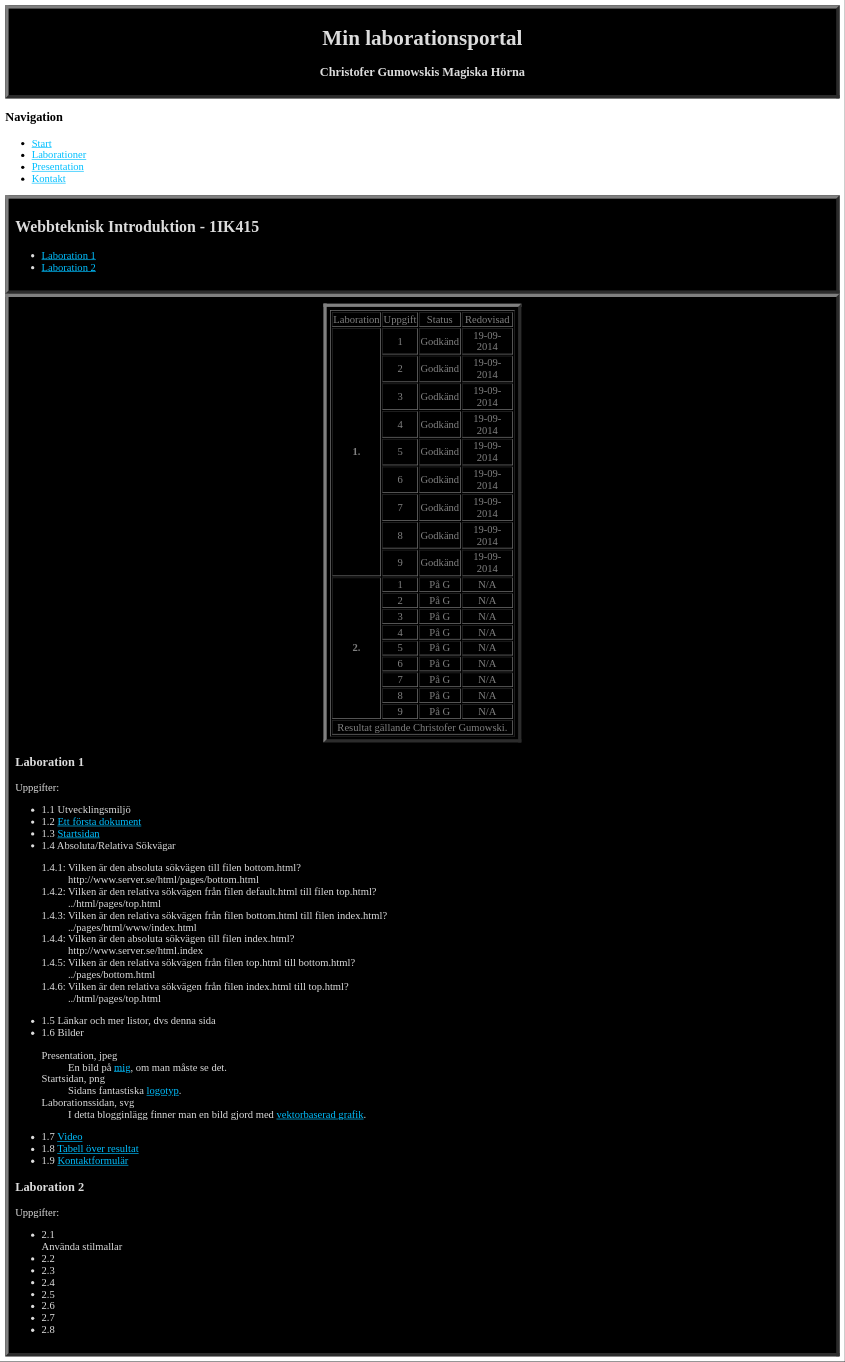
Repository: cg222im/1IK415_cg222im
Page: pages/laborationer.html
The author's editor kept a record of every edit. The page is drawn from the files as they stood at one moment, then again after the next edit.
The browser window is 1280 px wide. The pictures show the whole page, at 66% of full size.

Above is the page before.

### pages/laborationer.html
<!doctype html>
<html lang="sv">
    <head>
        <meta charset="UTF-8" />
        <title>laborationer</title>
        <link rel="stylesheet" href="../css/style.css" />
    </head>

    <body>

    <div id="header">
        <h1>Min laborationsportal</h1>
        <h3>Christofer Gumowskis Magiska Hörna</h3>
    </div>


    <div id="nav">
            <h3>Navigation</h3>
            <ul>
                <li><a href="../index.html">Start</a></li>
                <li><a href="laborationer.html">Laborationer</a></li>
                <li><a href="presentation.html">Presentation</a></li>
                <li><a href="kontakt.html">Kontakt</a></li>
            </ul>
    </div>

    <div id="main">
        <h2>Webbteknisk Introduktion - 1IK415</h2>

            <ul>
                <li><a href="#Laboration1">Laboration 1</a></li>
                <li><a href="#Laboration2">Laboration 2</a></li>
            </ul>
    </div>

    <div id="main">
        <div id="table">
            <!--Uppställd resultattabell-->
            <a id="resultat"></a>
            <table border="1">
                <thead>
                  <tr>
                    <td>Laboration</td>
                    <td>Uppgift</td>
                    <td>Status</td>
                    <td>Redovisad</td>
                  </tr>
                </thead>

                <tfoot>
                    <tr>
                      <td colspan="4">Resultat gällande Christofer Gumowski.</td>
                    </tr>
                </tfoot>

                <!--Följande kod är något komprimerad för att spara plats-->
                <tbody>
                  <tr>
                    <th rowspan="9">1.</th>
                    <td>1</td><td>Godkänd</td><td>19-09-2014</td>
                  </tr>
                    <tr><td>2</td><td>Godkänd</td><td>19-09-2014</td></tr>
                    <tr><td>3</td><td>Godkänd</td><td>19-09-2014</td></tr>
                    <tr><td>4</td><td>Godkänd</td><td>19-09-2014</td></tr>
                    <tr><td>5</td><td>Godkänd</td><td>19-09-2014</td></tr>
                    <tr><td>6</td><td>Godkänd</td><td>19-09-2014</td></tr>
                    <tr><td>7</td><td>Godkänd</td><td>19-09-2014</td></tr>
                    <tr><td>8</td><td>Godkänd</td><td>19-09-2014</td></tr>
                    <tr><td>9</td><td>Godkänd</td><td>19-09-2014</td></tr>
                </tbody>

                <tbody>
                  <tr>
                       <th rowspan="9">2.</th>
                    <td>1</td><td>På G</td><td>N/A</td>
                  </tr>
                    <tr><td>2</td><td>På G</td><td>N/A</td></tr>
                    <tr><td>3</td><td>På G</td><td>N/A</td></tr>
                    <tr><td>4</td><td>På G</td><td>N/A</td></tr>
                    <tr><td>5</td><td>På G</td><td>N/A</td></tr>
                    <tr><td>6</td><td>På G</td><td>N/A</td></tr>
                    <tr><td>7</td><td>På G</td><td>N/A</td></tr>
                    <tr><td>8</td><td>På G</td><td>N/A</td></tr>
                    <tr><td>9</td><td>På G</td><td>N/A</td></tr>
                </tbody>
            </table>
        </div>


        <a id="Laboration1"></a>
        <h3>Laboration 1</h3>
        <p>Uppgifter:</p>
            <ul>
                <li>1.1 Utvecklingsmiljö</li>
                <li>1.2 <a href="../README.md">Ett första dokument</a></li>
                <li>1.3 <a href="../index.html">Startsidan</a></li>
                <li>1.4 Absoluta/Relativa Sökvägar
                    <dl>
                        <dt>1.4.1: Vilken är den absoluta sökvägen till filen bottom.html?</dt>
                            <dd>http://www.server.se/html/pages/bottom.html</dd>
                        <dt>1.4.2: Vilken är den relativa sökvägen från filen default.html till filen top.html?</dt>
                            <dd>../html/pages/top.html</dd>
                        <dt>1.4.3: Vilken är den relativa sökvägen från filen bottom.html till filen index.html?</dt>
                            <dd>../pages/html/www/index.html</dd>
                        <dt>1.4.4: Vilken är den absoluta sökvägen till filen index.html?</dt>
                            <dd>http://www.server.se/html.index</dd>
                        <dt>1.4.5: Vilken är den relativa sökvägen från filen top.html till bottom.html?</dt>
                            <dd>../pages/bottom.html</dd>
                        <dt>1.4.6: Vilken är den relativa sökvägen från filen index.html till top.html?</dt>
                            <dd>../html/pages/top.html</dd>
                    </dl></li>
                <li>1.5 Länkar och mer listor, dvs denna sida</li>
                <li>1.6 Bilder
                    <dl>
                        <dt>Presentation, jpeg</dt>
                            <dd>En bild på <a href="presentation.html#portrait">mig</a>, om man måste se det.</dd>
                        <dt>Startsidan, png</dt>
                            <dd>Sidans fantastiska <a href="../pics/logo.png">logotyp</a>.</dd>
                        <dt>Laborationssidan, svg</dt>
                            <dd>I detta blogginlägg finner man en bild gjord med <a href="../index.html#svgBlogg">vektorbaserad grafik</a>.</dd>
                    </dl></li>
                <li>1.7 <a href="../index.html#trailer">Video</a></li>
                <li>1.8 <a href="#resultat">Tabell över resultat</a></li>
                <li>1.9 <a href="kontakt.html">Kontaktformulär</a></li>
            </ul>


        <a id="Laboration2"></a>
        <h3>Laboration 2</h3>
        <p>Uppgifter:</p>
            <ul>
                <li>2.1</li> Använda stilmallar
                <li>2.2</li>
                <li>2.3</li>
                <li>2.4</li>
                <li>2.5</li>
                <li>2.6</li>
                <li>2.7</li>
                <li>2.8</li>
            </ul>
    </div>

    </body>

</html>

### css/style.css
p {color: #DCDCDC;}
table {text-align: center;}

a:link { color: #00BFFF; }
a:visited { color: purple; }
a:focus { color: yellow; }
a:hover { color: yellow; }
a:active { color: silver; }


#header {
    border-style: outset;
    border-width: 5px;
    border-color: gray;
    background-color:black;
    color: #DCDCDC;
    text-align: center;
    padding: 5px;
}


#main {
    border-style: outset;
    border-width: 5px;
    border-color: gray;
    background-color: black;
    color: #DCDCDC;
    text-align: left;
    padding: 10px;
}
#footer {
    border-style: inset;
    border-width: 5px;
    border-color: gray;
    background-color: black;
    color: #DCDCDC;
    clear: both;
    text-align: center;
    padding: 5px;
}
#table {
    text-align: center;
    margin: 0 auto;
    width: 280px;
    /* Kan behöva komma att ändra storlek allt eftersom; dela upp i Laborationer/kolumner? */
    height: 645px;
    margin-left: auto;
    margin-top: auto;
    border-style: outset;
    border-width: 5px;
    border-color: gray;
    background-color:black;
    color: gray;
    padding: 5px;
}
/* för form i kontakt.html vars sidas formatering inte fungerar? */
#form {
    height: 100%;
    float: left;
    border-style: outset;
    border-width: 5px;
    border-color: gray;
    background-color:black;
    color: #DCDCDC;
    padding: 5px;
}


.nav {
    margin: 0;
    padding: 5;
    width:250px;
    border-style: outset;
    border-width: 5px;
    border-color:gray;
    background-color: black;
    color: #DCDCDC;
    height: 300px;
    width: 240px;
    float: right;
    padding: 5px;

}

.nav h3 {
    line-height: 30px;
    background-color: black;
    color: #DCDCDC;
}
.nav p {
    line-height: 30px;
    background-color: black;
    color: #DCDCDC;
}
.nav ul li a {

}
.nav ul li a:active {
    font-weight: bold;
    color: silver;
}
.navmenu li a:hover {
    background-color: gray;
    color: yellow;
}
.navmenu {
    list-style: none;
}
.navmenu li a {
    line-height: 30px;
    border-style: outset;
    border-width: 5px;
    border-color: gray;
    background-color: black;
    color: #DCDCDC;
    display: block;
    width: 80%;
    padding: 0px 10px;

}
#active {
    display: block;
    font-weight: bold;
    background-color: gray;
}

After the next edit:
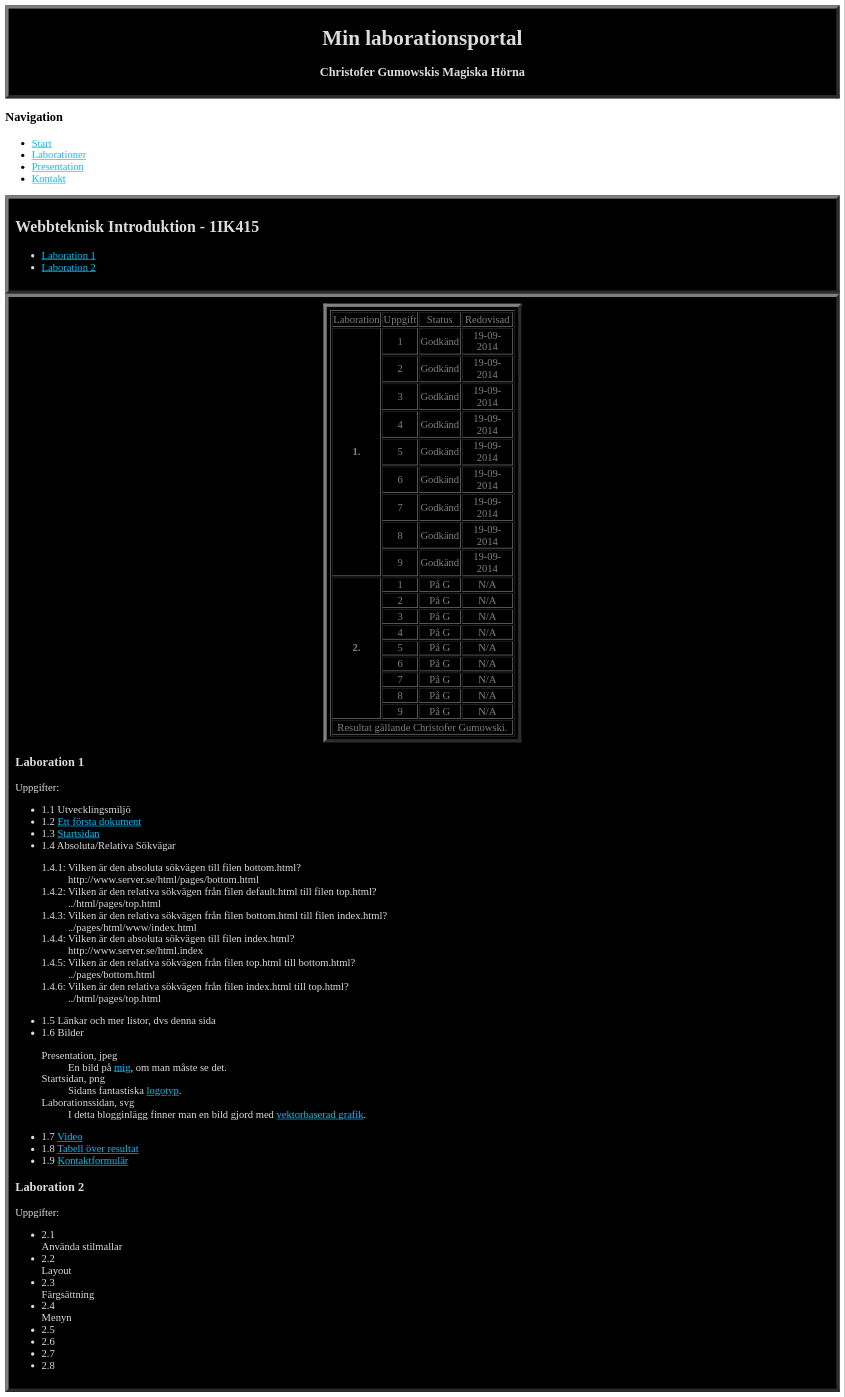
The edit:
--- a/pages/laborationer.html
+++ b/pages/laborationer.html
@@ -130,9 +130,9 @@
         <p>Uppgifter:</p>
             <ul>
                 <li>2.1</li> Använda stilmallar
-                <li>2.2</li>
-                <li>2.3</li>
-                <li>2.4</li>
+                <li>2.2</li> Layout
+                <li>2.3</li> Färgsättning
+                <li>2.4</li> Menyn
                 <li>2.5</li>
                 <li>2.6</li>
                 <li>2.7</li>
